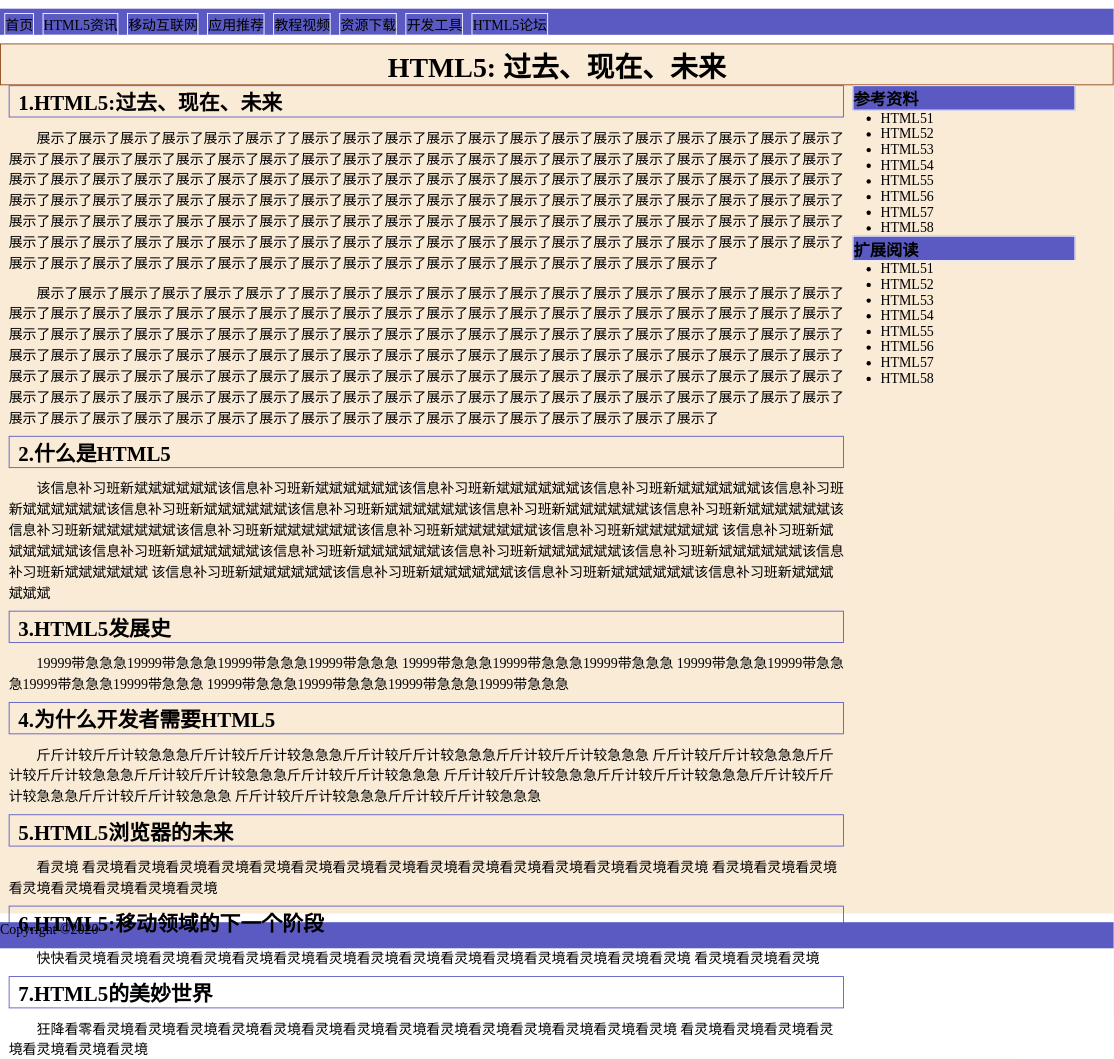
Repository: LstHeart/html-learning
Page: css/案例作业2.html
These files come from the project's save history. The page is drawn as it stood at one moment and after the next save; the edit follows.
The browser window is 1280 px wide. The pictures show the whole page, at 87% of full size.

Above is the page before, as saved 2021-01-05 22:23:56.

After the next save:
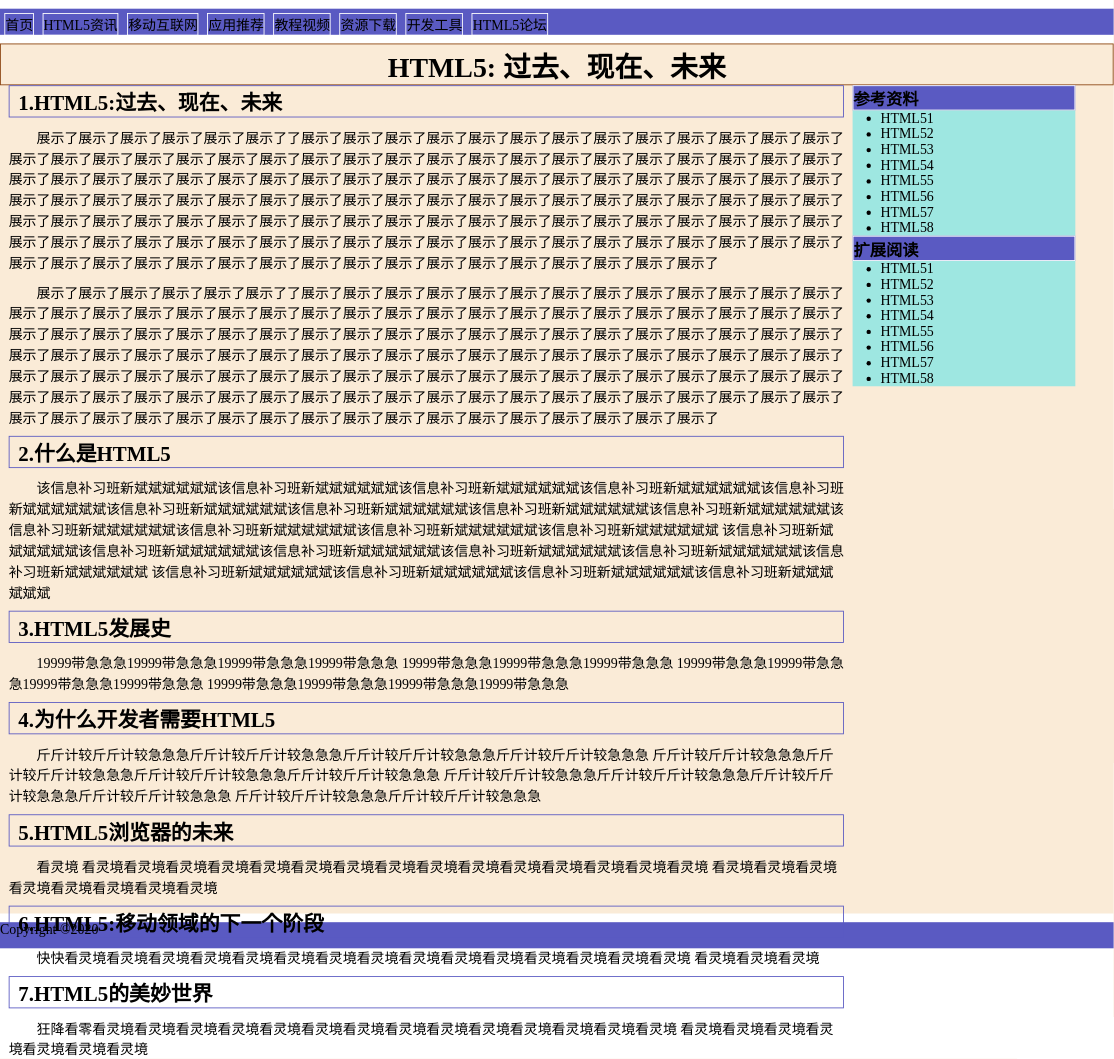
Saved 14 s later.
--- a/css/html5.css
+++ b/css/html5.css
@@ -64,7 +64,7 @@ a{
     background-color: #5a5ac2;
 }
 .content ul{
-    background-color: rgba(156, 158, 126, 0);
+    background-color: rgb(158, 231, 225);
 }
 .content ul li{
     list-style:disc;
